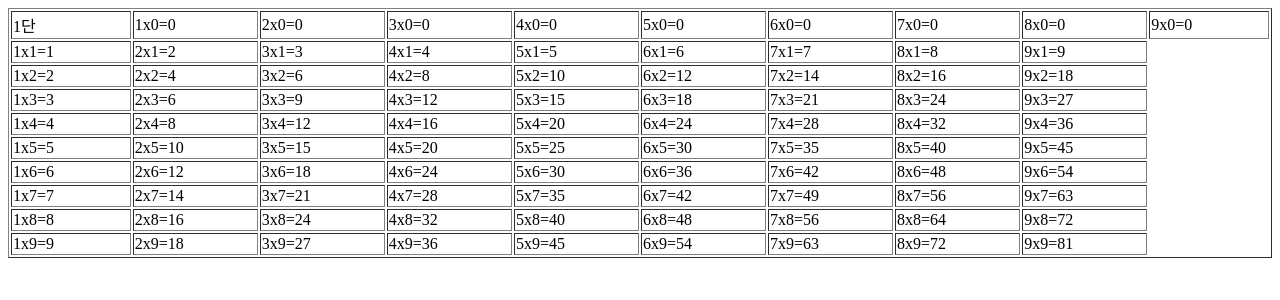
Repository: JeongDaejin/JSP-
Page: http://localhost/ServletTest/expressionTest.jsp
The author's editor kept a copy of each file at every save. The page is drawn from the files as they stood at one save, then again after the next save.
The browser window is 1280 px wide. The pictures show the whole page.
The page is served by Tomcat 9.

Above is the page before, as saved 2023-02-01 05:47:26.

After the next save:
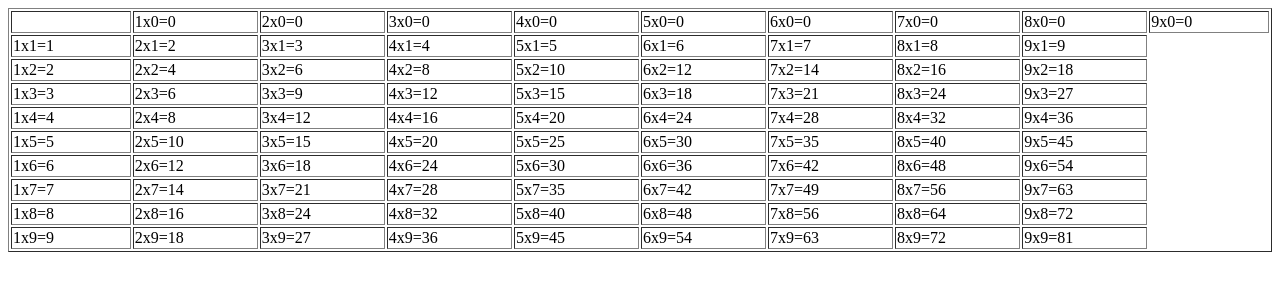
Saved 12 s later.
--- a/JSPExam2/ServletTest/src/main/webapp/expressionTest.jsp
+++ b/JSPExam2/ServletTest/src/main/webapp/expressionTest.jsp
@@ -24,7 +24,7 @@ int second=c.get(Calendar.SECOND);
 
 		%>
 		<% if(i==0 && j==1){%>
-			<td><%=j %>단</td>
+			<td></td>
 			<% }%>
 		<td style="width: 200pt;"><%=j %>x<%=i %>=<%=i*j %></td>
 <%
